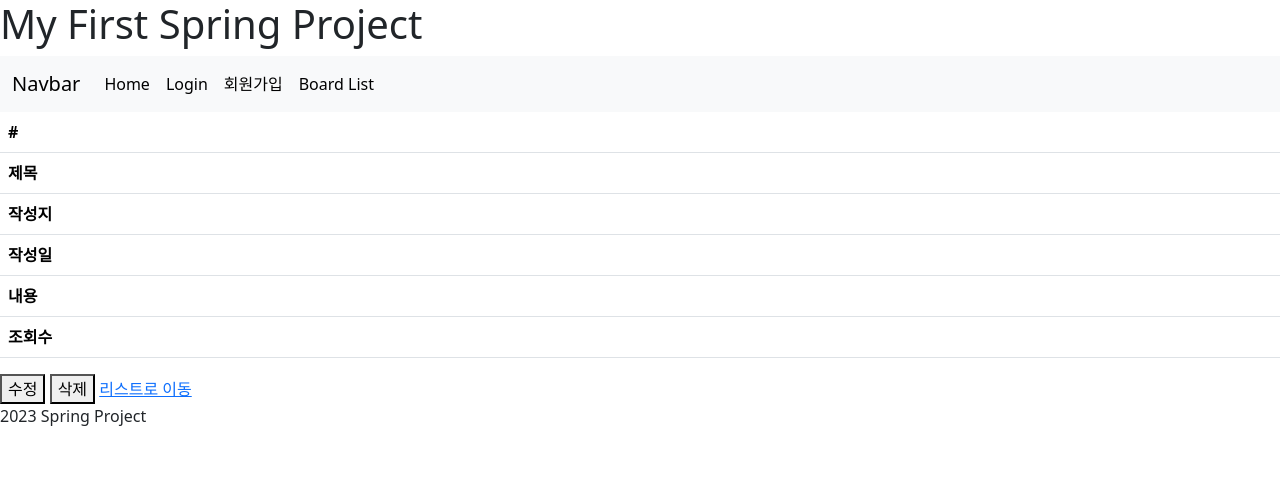
Repository: HongSeungBo/secondspring
Page: http://localhost/spring_test/WEB-INF/views/board/detail.jsp
These files come from the project's save history. The page is drawn as it stood at one moment and after the next save; the edit follows.
The browser window is 1280 px wide. The pictures show the whole page.
The page is served by Tomcat 9. Nobody is signed in. The template is opened directly, without the code that normally fills it, so the values that code supplies are empty.

Above is the page before, as saved 2023-10-10 11:37:30.

After the next save:
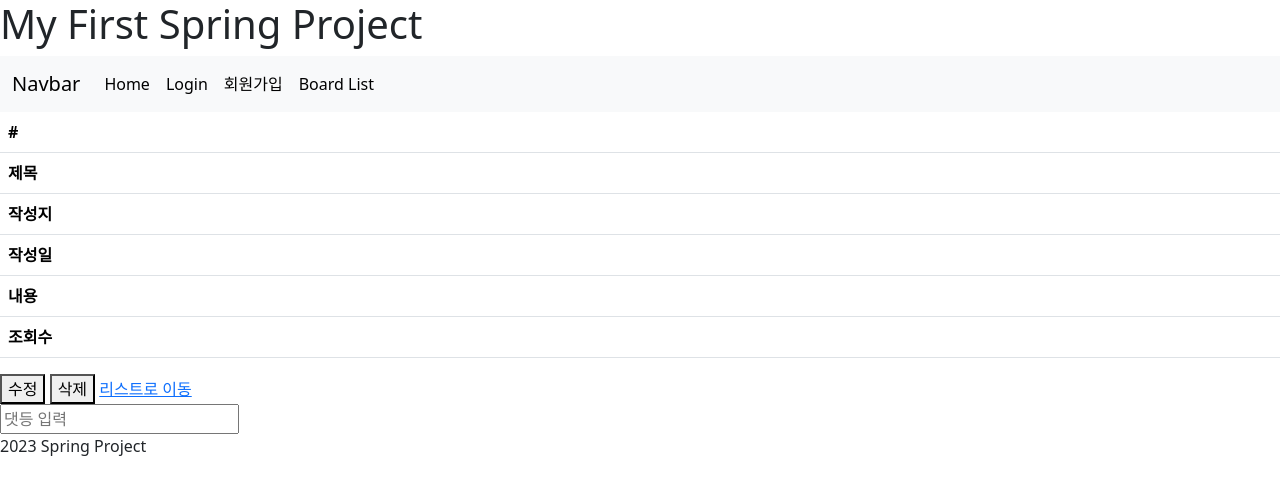
Saved 23 s later.
--- a/spring test/src/main/webapp/WEB-INF/views/board/detail.jsp
+++ b/spring test/src/main/webapp/WEB-INF/views/board/detail.jsp
@@ -45,6 +45,7 @@
 		<!-- 댓글 작성 라인 -->
 		<div>
 			<span id="cmtwirter">${ses.id }</span>
+			<input type="text" id="cmtText" placeholder="댓등 입력">
 		</div>
 
 		<!-- 댓글 표시 라인 -->
